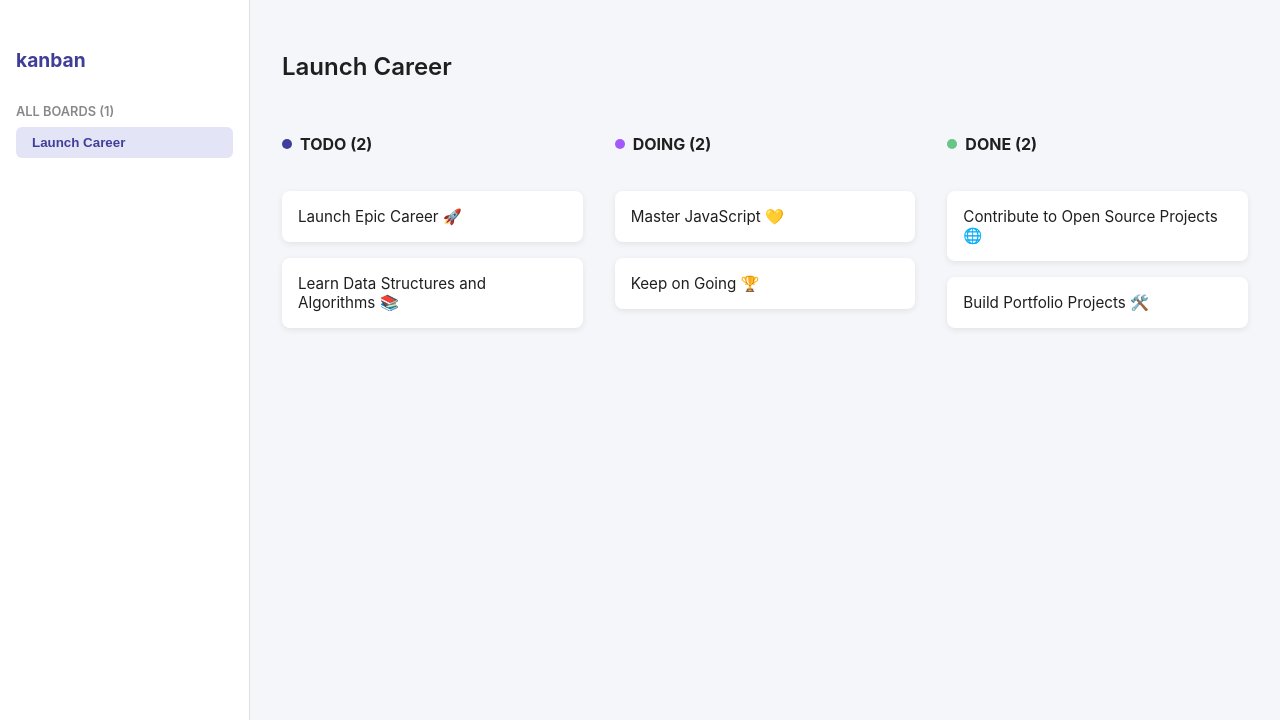
Repository: andajonas/ANDJON25111_fto2502_A2_Anda_Jonas_JSL01
Page: index.html
An editor plug-in stored every save of this project. The page is shown before and after a run of saves, followed by the edit.
The browser window is 1280 px wide. The pictures show the whole page.

Above is the page before, as saved 2025-04-24 13:31:39.

After the next 2 saves:
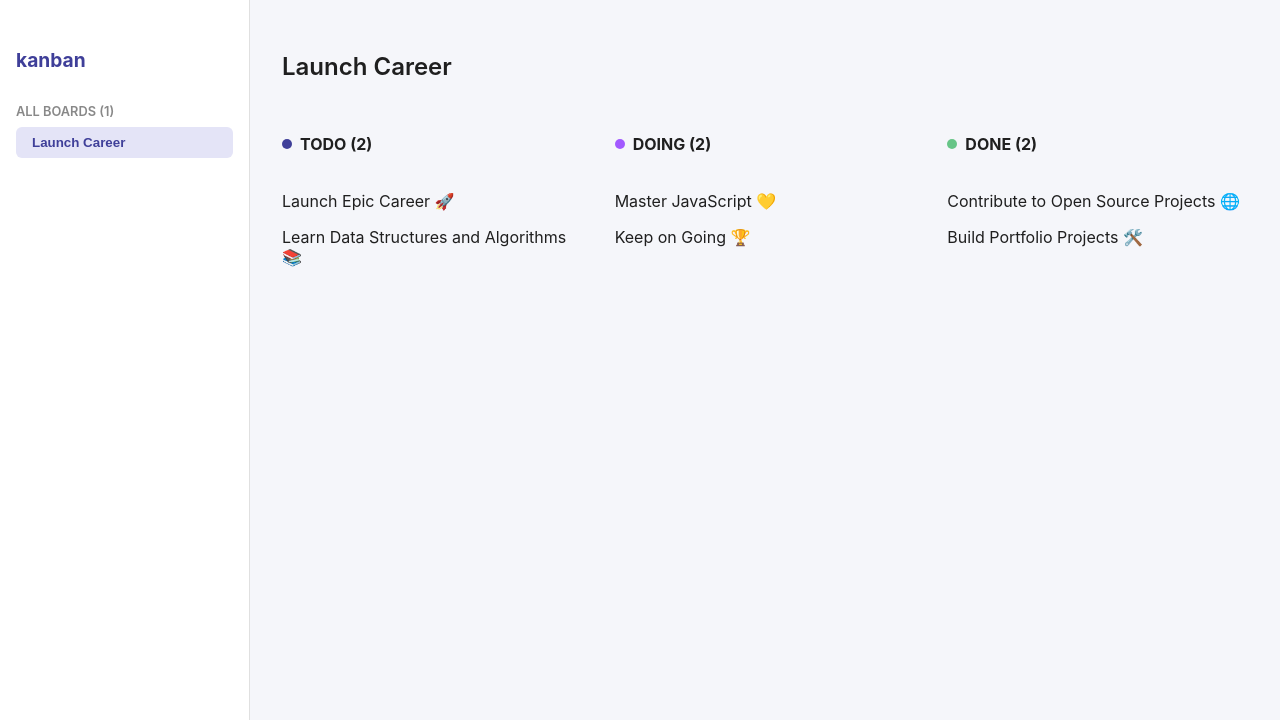
The 2 saves are shown as one change because they came seconds apart.
The last was saved 5 min 52 s later.
--- a/style.css
+++ b/style.css
@@ -104,9 +104,20 @@ body {
   }
 
   .card {
-    background-color: white;
-    border-radius: 8px;
-    padding: 1rem;
-    box-shadow: 0 2px 6px rgba(0, 0, 0, 0.08);
-    font-size: 0.95rem;
+    @import url('https://fonts.googleapis.com/css2?family=Plus+Jakarta+Sans:wght@400;700&display=swap');
+
+    .card {
+      font-family: 'Plus Jakarta Sans', sans-serif;
+      font-weight: 700;
+      font-size: 15px;
+      line-height: 1;
+      padding: 1rem;
+      background-color: white;
+      border-radius: 8px;
+      box-shadow: 0px 4px 6px rgba(54, 78, 126, 0.1);
+      margin-bottom: 1rem;
+      width: 100%; /* Will stretch in mobile and desktop */
+      max-width: 301px; /* Matches Figma max */
+    }
+
   }
